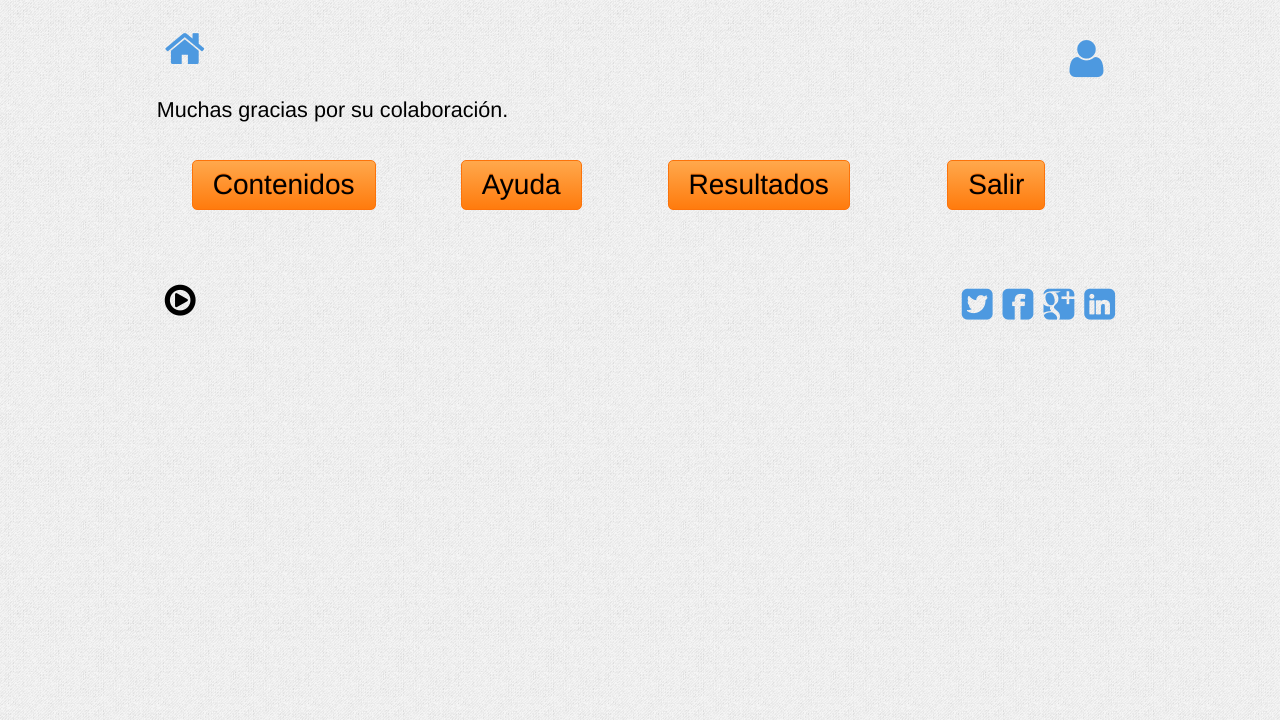
Repository: SCeruso/RememberMe
Page: enviosugerencia.html
The author's editor kept a record of every edit. The page is drawn from the files as they stood at one moment, then again after the next edit.
The browser window is 1280 px wide. The pictures show the whole page.
Some web libraries are served in a nearby version.

Above is the page before.

After the next edit:
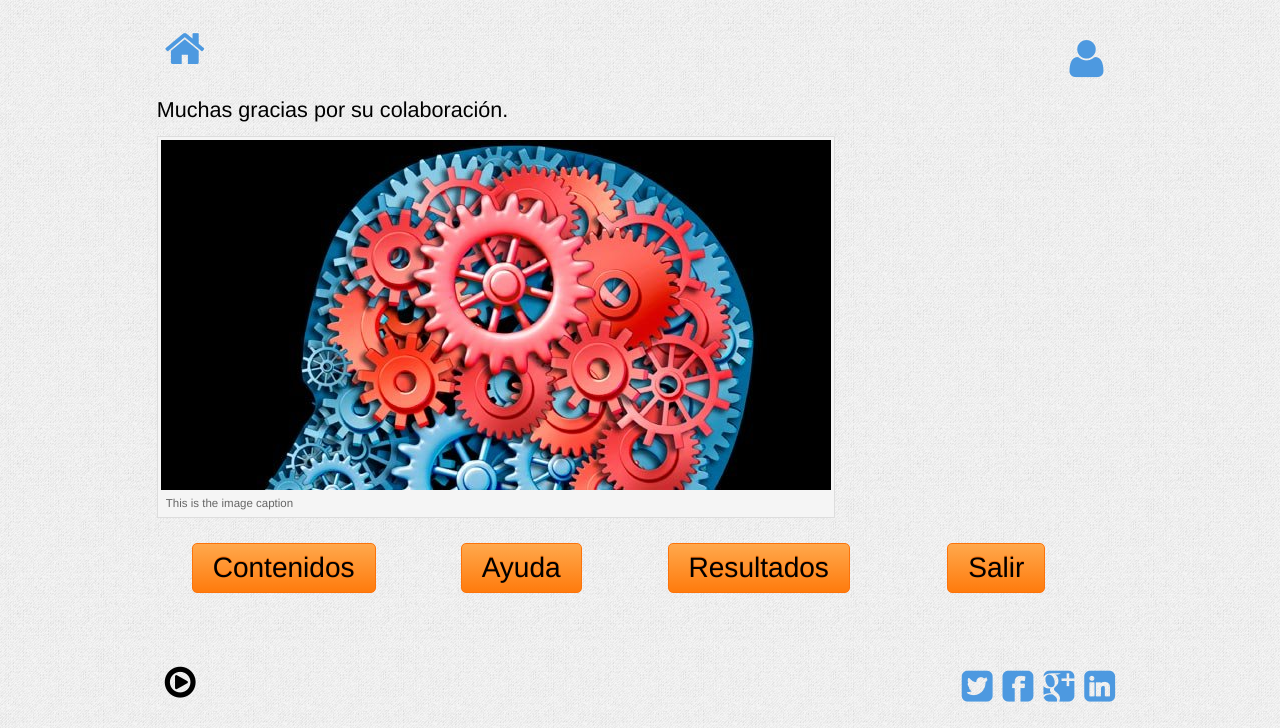
The edit:
--- a/enviosugerencia.html
+++ b/enviosugerencia.html
@@ -34,7 +34,10 @@
 			Muchas gracias por su colaboración.
 			<br />
 
-	</h4>
+	</h5>
+
+	<img class="caption" title="This is the image caption"
+	src="imagenes/cerebro3.jpg" width="50" height="50" />
 
 	<div class="col_12">
         <div class="col_3">
